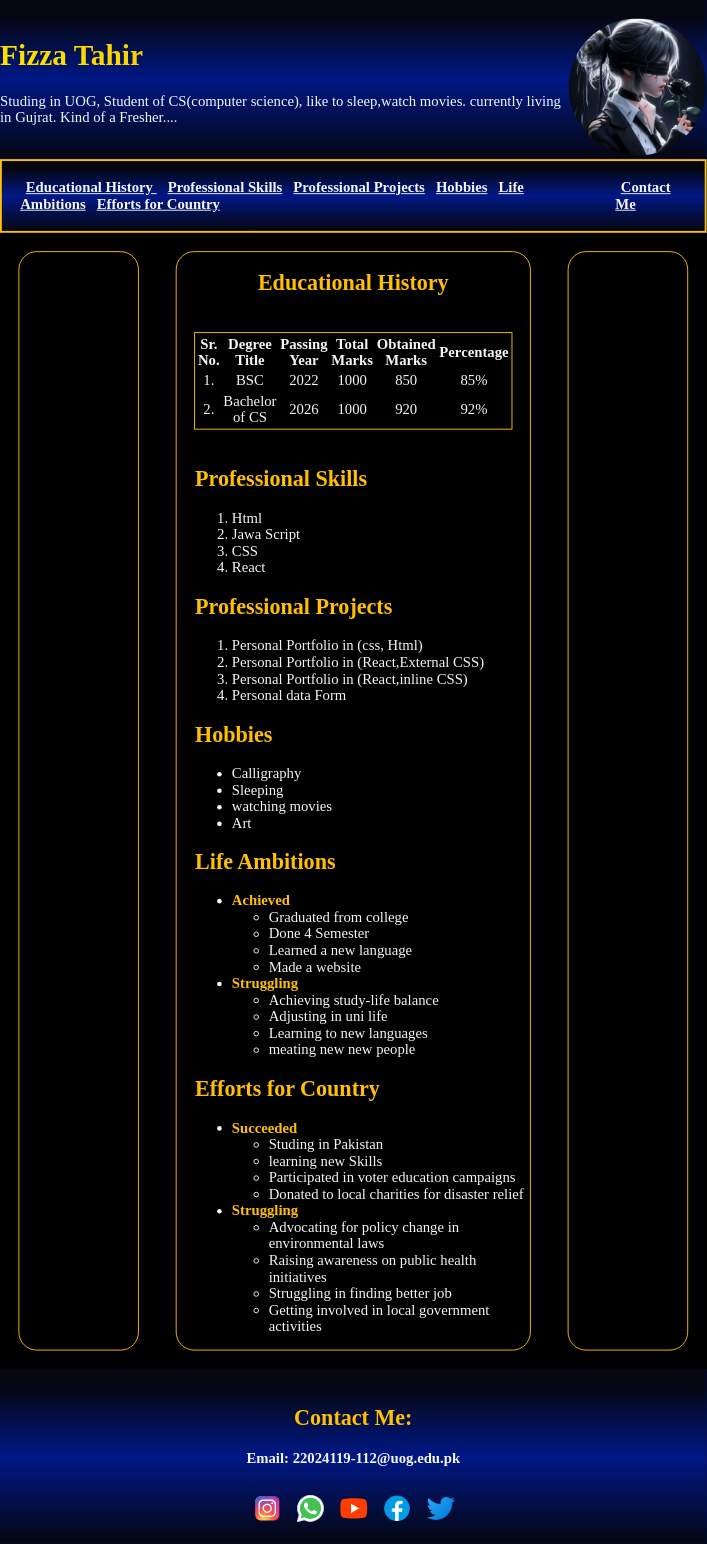
Repository: Fizza-112/project
Page: /
These files come from the project's save history. The page is drawn as it stood at one moment and after the next save; the edit follows.
The browser window is 768 px wide. The pictures show the whole page, at 92% of full size.
The project was rebuilt for these pictures with package versions that can differ from the ones it lists, and the page was loaded fresh each time. Also part of the build but not shown: vite.config.ts.

Above is the page before, as saved 2024-09-18 13:19:42.

### src/App.tsx

import "./App.css"
import profileimg from "./assets/WhatsApp Image 2024-09-06 at 9.05.18 AM.jpeg"

import instaimg from "./components/icons8-insta.svg"
import whatsappimg from "./components/icons8-whatsapp.svg"
import youtubeimg from "./components/icons8-youtube.svg"
import facebookimg from "./components/facebook icon.png"
import twitterimg from "./components/twitter.png"

const App = () => {
  return (
    <>
    <header>
    <div> <h1 id='name'><b>Fizza Tahir</b></h1>
    <p id="intro">Studing in UOG, Student of CS(computer science),
    like to sleep,watch movies. currently living in Gujrat. Kind of a Fresher....</p>
    </div>
    <div>
      <img  src={profileimg} alt='image' id="image"/>
    </div>
    </header>

    <nav id="nav">
      <div>
  <a href='#EducationalHistory'>Educational History </a>
  <a href='#ProfessionalSkills'>Professional Skills</a>
  <a href="#ProfessionalProjects">Professional Projects</a>
  <a href="#Hobbies">Hobbies</a>
  <a href="#life-ambitions">Life Ambitions</a>
  <a href="#efforts-for-country">Efforts for Country</a>
  </div>
  <div>
  <a href="#Contact-Me">Contact Me</a>
  </div>
</nav>

<div className="div">
<div id="blank-div"></div>

<div id='main-contant'>

  <div id="EducationalHistory">

    <h2 className='nam'>Educational History</h2>
        <table>
            <thead >
                <tr>
                    <th>Sr. No.</th>
                    <th>Degree Title</th>
                    <th>Passing Year</th>
                    <th>Total Marks</th>
                    <th>Obtained Marks</th>
                    <th>Percentage</th>
                </tr>
            </thead>
            <tbody>
                <tr>
                    <td>1.</td>
                    <td>BSC</td>
                    <td>2022</td>
                    <td>1000</td>
                    <td>850</td>
                    <td>85%</td>
                </tr>
                <tr>
                    <td>2.</td>
                    <td>Bachelor of CS</td>
                    <td>2026</td>
                    <td>1000</td>
                    <td>920</td>
                    <td>92%</td>
                </tr>
            </tbody>
        </table>

  </div>

  <div id="ProfessionalSkills">
<h2 className='nam'>Professional Skills</h2>
<ol>
<li>Html</li>
<li>Jawa Script</li>
<li>CSS</li>
<li>React</li>
</ol>
   </div>

  <div id="ProfessionalProjects">
<h2 className='nam'>Professional Projects</h2>
<ol>
<li>Personal Portfolio in (css, Html)</li>
<li>Personal Portfolio in (React,External CSS)</li>
<li>Personal Portfolio in (React,inline CSS)</li>
<li>Personal data Form</li>
</ol>
   </div>

  <div id="Hobbies">
<h2 className='nam'>Hobbies</h2>
<ul>
<li>Calligraphy</li>
<li>Sleeping</li>
<li>watching movies</li>
<li>Art</li>
</ul>
   </div>

   <div id="life-ambitions">
    <h2 className='nam'>Life Ambitions</h2>
    <ul>
      <li><b className='nam'>Achieved</b></li>
      <ul>
        <li>Graduated from college</li>
        <li>Done 4 Semester </li>
        <li>Learned a new language</li>
        <li>Made a website </li>
      </ul>
      <li><b className='nam'>Struggling</b></li>
      <ul>
        <li>Achieving study-life balance</li>
        <li>Adjusting in uni life</li>
        <li>Learning to new languages</li>
        <li>meating new new people</li>
      </ul>
    </ul>
    </div>

    <div id="efforts-for-country">
    <h2 className='nam'>Efforts for Country</h2>
    <ul>
      <li><b className='nam'>Succeeded</b></li>
      <ul>
        <li>Studing in Pakistan</li>
        <li>learning new Skills</li>
        <li>Participated in voter education campaigns</li>
        <li>Donated to local charities for disaster relief</li>
      </ul>
      <li><b className='nam'>Struggling</b></li>
      <ul>
        <li>Advocating for policy change in environmental laws</li>
        <li>Raising awareness on public health initiatives</li>
        <li>Struggling in finding better job</li>
        <li>Getting involved in local government activities</li>
      </ul>
    </ul>
  </div>

  </div>
  <div id="end"></div>
  </div>

<div id="Contact-Me">
  <footer id='footer'>
<h2 className='con'>Contact Me: </h2>
<h4> Email: 22024119-112@uog.edu.pk</h4>
<div id="logo">
  <a href="https://www.instagram.com/" target='_blank'><img src={instaimg} alt='icon' className='icons'></img></a>
  <a href="https://web.whatsapp.com/" target='_blank'><img src={whatsappimg} alt='icon' className='icons'></img></a>
  <a href="https://www.youtube.com/" target='_blank'><img src={youtubeimg} alt='icon' className='icons'></img></a>
  <a href="https://www.facebook.com/login/?next=https%3A%2F%2Fwww.facebook.com%2F" target='_blank'><img src={facebookimg} alt='icon' className='icons'></img></a>
  <a href="https://twitter.com/i/flow/login" target='_blank'><img src={twitterimg} alt='icon' className='icons'></img></a>

</div>
  </footer>
  </div>
    </>
  )
}

export default App

### src/App.css
body{
  margin: 0px;
  padding: 0px;

  /* background-color:bisque;
  background-image: linear-gradient(19deg, bisque 0%, #989fff 100%);
   */
   /* background-color:bisque;
background-image: linear-gradient(62deg, bisque 0%, #945cfd 100%); */
/* background-color: #001886;
background-image: linear-gradient(43deg, #001886 0%, #05060f 46%, #001886  100%); */
background-color:black;



}
header{
  display: flex;
  align-items: center;
  justify-content: center;
  width: 100%;
  color:aliceblue;
  background-color: #001886;
  background-image: linear-gradient(180deg, #05060f 10%,#001886   50%, #05060f 100%);
/* background-image: linear-gradient(43deg, #001886 0%, #05060f 46%, #001886  100%);  */
}
@media (max-width: 768px){
header{
  display: flex;
  align-items: center;
  justify-content: center;
  width: 100%;
  color:aliceblue;
  background-color: #001886;
  background-image: linear-gradient(180deg, #05060f 10%,#001886   50%, #05060f 100%);
/* background-image: linear-gradient(43deg, #001886 0%, #05060f 46%, #001886  100%);  */
max-width: 768px;

}
}

#name{
  /*
  /* color:#880808;
  color:#ffc000; */
  background: -webkit-linear-gradient(62deg, #fde403 0%, #efa400 100%);
  -webkit-background-clip: text;
  -webkit-text-fill-color: transparent;

}
#image{
  width: 150px;
  margin-left: auto !important; /* This pushes the image to the right */
  border-radius: 50%;
  margin-top: 20px;

}
#nav{
  display: flex;
  align-items:center;
  justify-content: space-between;
   padding: 20px;
   background-color:  #001886;
   background-image: linear-gradient(180deg, #05060f 10%,#001886   50%, #05060f 100%);
   /* background-image: linear-gradient(180deg, #001886 10%, #05060f 50%, #001886  100%); */
   /* background-color: #001886;
   background-image: linear-gradient(43deg, #001886 0%, #05060f 46%, #001886  100%);  */


  border: 2px solid #ffc000;
}

.div{
  display: flex;


}
#blank-div{
width: 25%;
border: 1px solid #ffc000 ;
                    /*    left box contant border */
margin: 20px;
border-radius:20px;
}
#main-contant{
  width: 50%;
  border: 1px solid #ffc000;      /*center contant border*/
  margin: 20px;
border-radius:20px;
}
#end{
  width: 25%;
  border: 1px solid #ffc000;     /*right contant border*/

  margin: 20px;
  border-radius:20px;

}
a{
  color:whitesmoke;
  margin: 6px;
  font-weight: 600;
}


table{
  border: 1px solid #ffc000;       /*table border*/
  justify-content:center;
  align-items:center;
  text-align: center;
 width: 90%;
  margin: 20px;


}
#EducationalHistory{
  color:whitesmoke;
  width:100%;
  display:flex;
  flex-direction: column;
  justify-content: center;
  align-items:center;
}
#ProfessionalSkills{
  margin-left: 20px;
  color:whitesmoke;
}
#ProfessionalProjects{
  margin-left: 20px;
  color:whitesmoke;
}
#Hobbies{
  margin-left: 20px;
  color:whitesmoke;
}
#life-ambitions{
  margin-left: 20px;
  color:whitesmoke;
}
#efforts-for-country{
  margin-left: 20px;
  color:whitesmoke;
}
.nam{
  color:#ffc000;
}
.con{
 color:#ffc000;

}
#footer{
  text-align: center;
  background-color:  #001886;
background-image: linear-gradient(180deg, #05060f 10%,#001886   50%, #05060f 100%);
/*
  background-color: #001886;
  background-image: linear-gradient(43deg, #001886 0%, #05060f 46%, #001886  100%);  */

  color:whitesmoke;
  margin: 20px, 0px 0px, 0px;
  padding:20px;

  height: 150px;

}
#logo{
  display: flex;
  justify-content: center;
  align-items:center;
}
.icons{
  width: 35px;
  height: auto;
}

Loaded but not shown: index.html (common file); src/main.tsx (common file); src/index.css (no stored copy; drawn as an empty file)

After the next save:
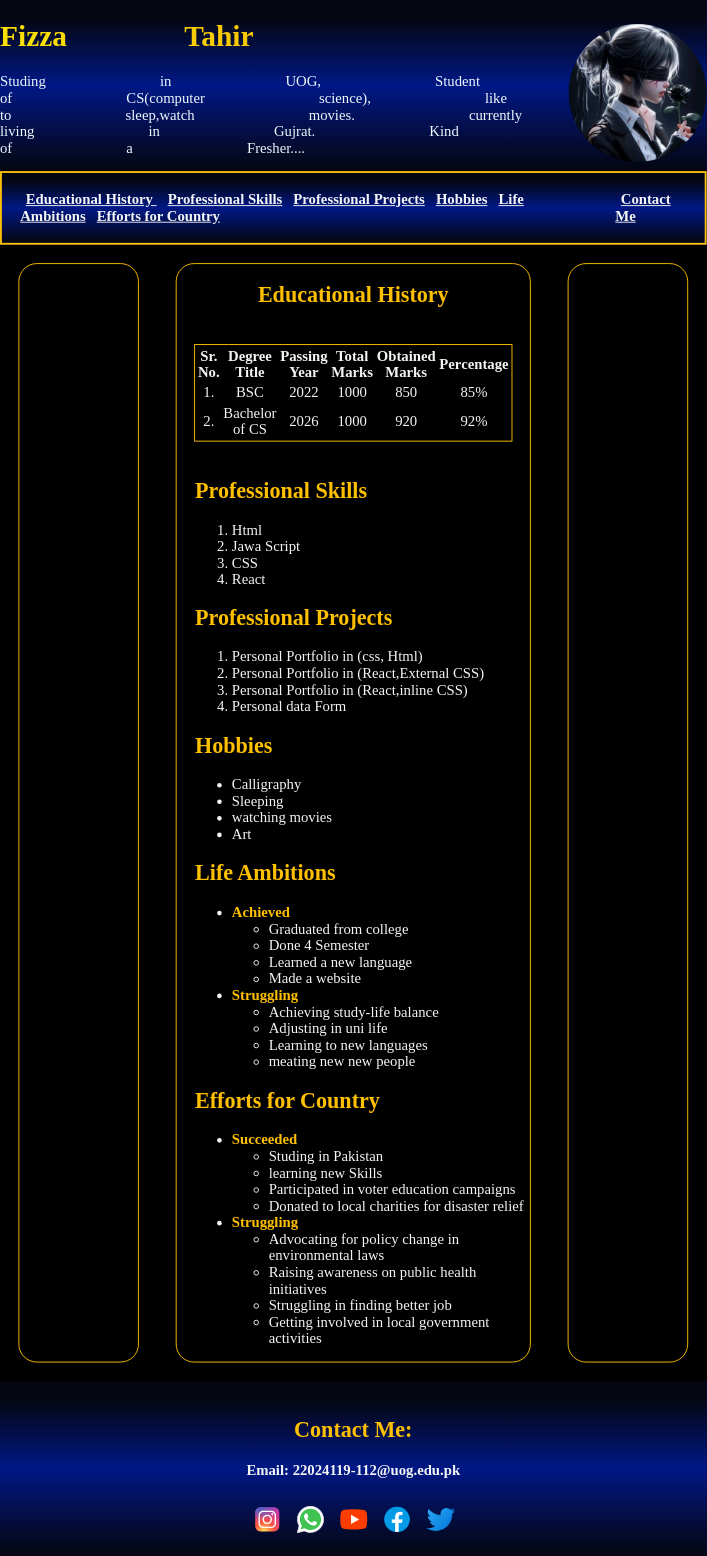
Saved 26 s later.
--- a/src/App.css
+++ b/src/App.css
@@ -35,7 +35,7 @@
   background-image: linear-gradient(180deg, #05060f 10%,#001886   50%, #05060f 100%);
 /* background-image: linear-gradient(43deg, #001886 0%, #05060f 46%, #001886  100%);  */
 max-width: 768px;
-
+word-spacing: 120px !important;
 }
 }
 

After the save that followed:
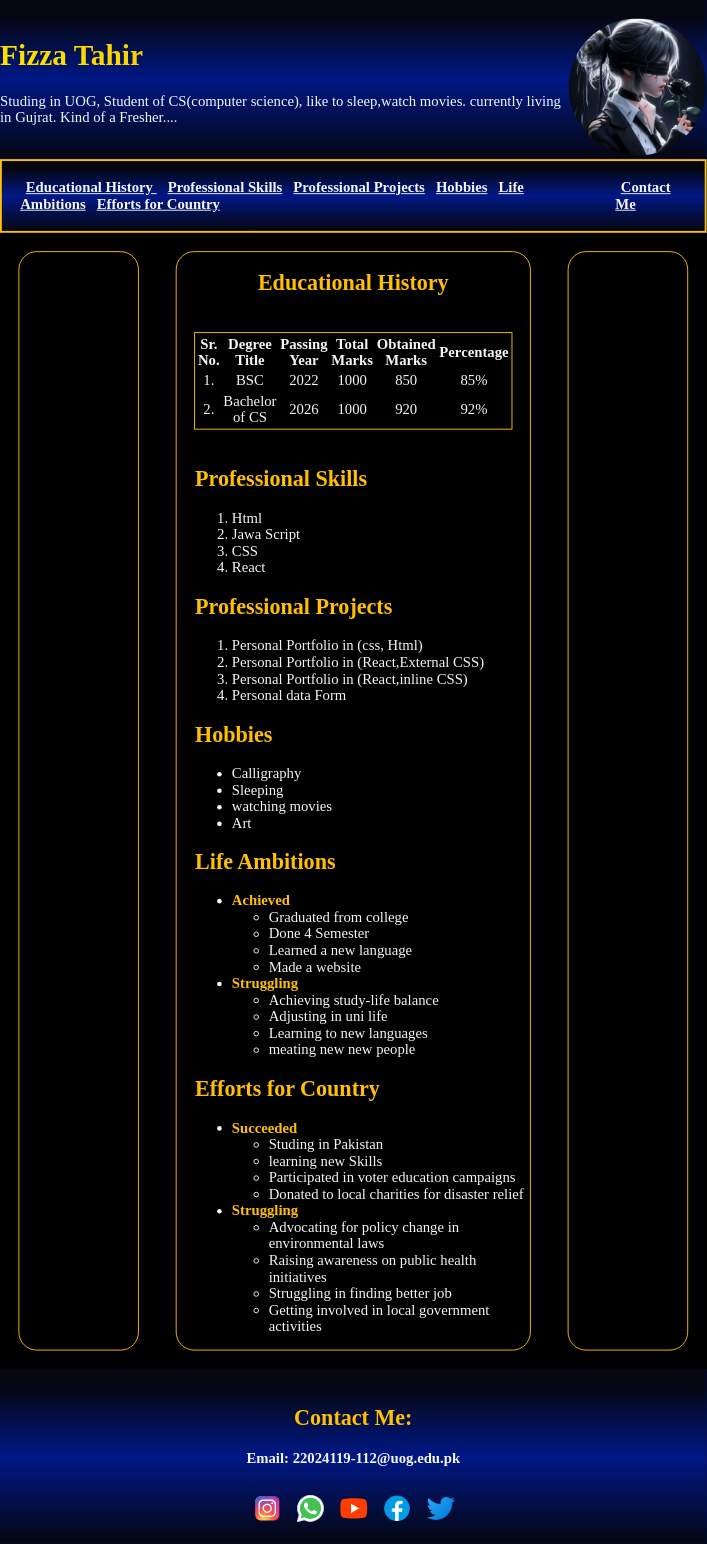
Saved 10 s later.
--- a/src/App.css
+++ b/src/App.css
@@ -35,7 +35,7 @@
   background-image: linear-gradient(180deg, #05060f 10%,#001886   50%, #05060f 100%);
 /* background-image: linear-gradient(43deg, #001886 0%, #05060f 46%, #001886  100%);  */
 max-width: 768px;
-word-spacing: 120px !important;
+
 }
 }
 
